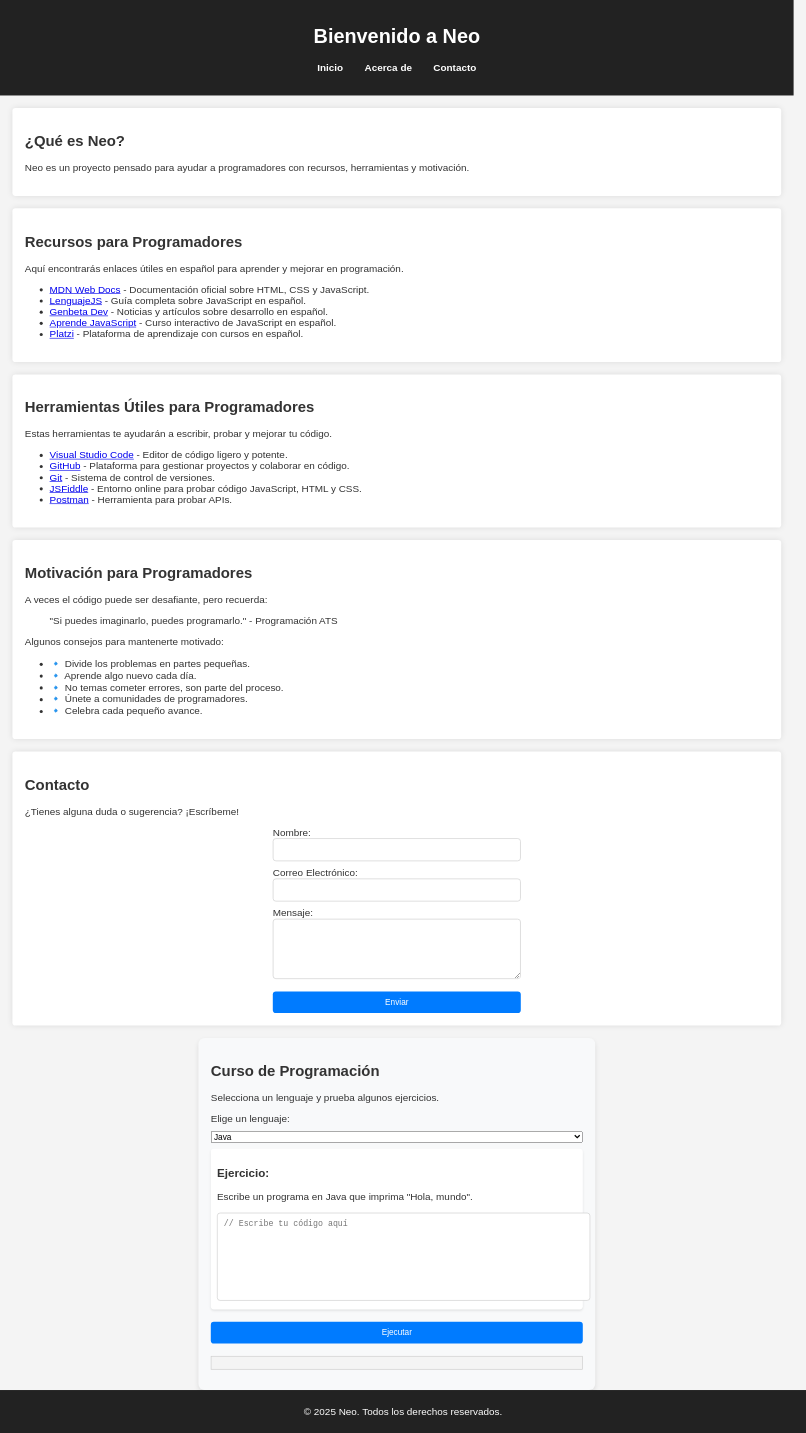
Repository: TapZc/getya_proyect
Page: index.html
The author's editor kept a copy of each file at every save. The page is drawn from the files as they stood at one save, then again after the next save.
The browser window is 1280 px wide. The page is 1300 px wide, so the pictures cover 1300 px, including what lies to the right of the window. The pictures show the whole page, at 62% of full size.

Above is the page before, as saved 2025-02-21 07:38:39.

After the next save:
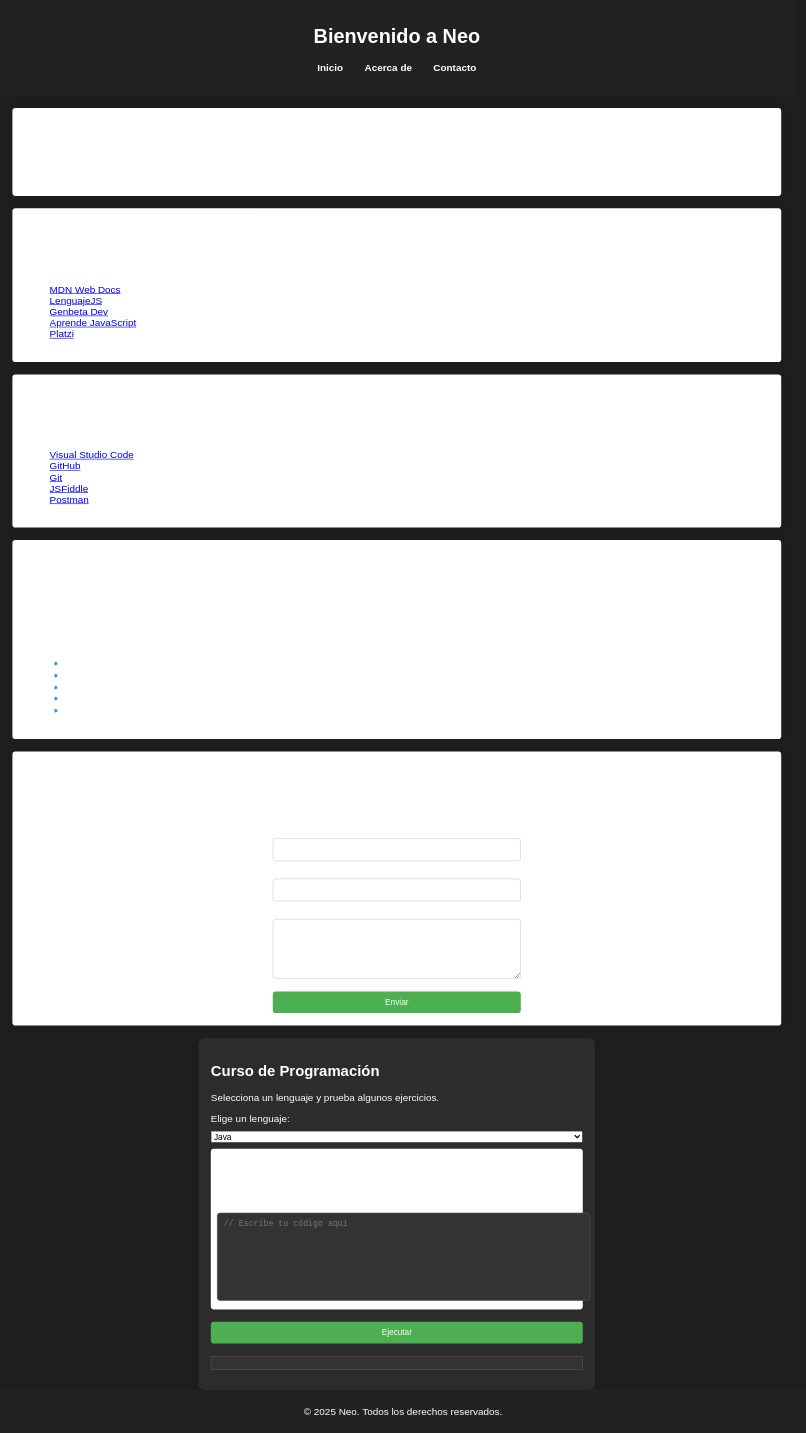
Saved 2 min 8 s later.
--- a/styles.css
+++ b/styles.css
@@ -157,3 +157,30 @@ button:hover {
     margin-top: 10px;
     white-space: pre-wrap;
 }
+/* Fondo general de la página */
+body {
+    background-color: #1e1e1e;
+    color: #ffffff;
+    font-family: Arial, sans-serif;
+}
+
+/* Fondo de la sección cursos en modo oscuro */
+#cursos {
+    background-color: #2c2c2c;
+    color: #ffffff;
+}
+
+/* Cambiamos los colores de los elementos */
+button {
+    background-color: #4caf50; /* Verde */
+}
+
+button:hover {
+    background-color: #388e3c;
+}
+
+#codigo, #resultado {
+    background-color: #333;
+    color: #ffffff;
+    border: 1px solid #555;
+}
